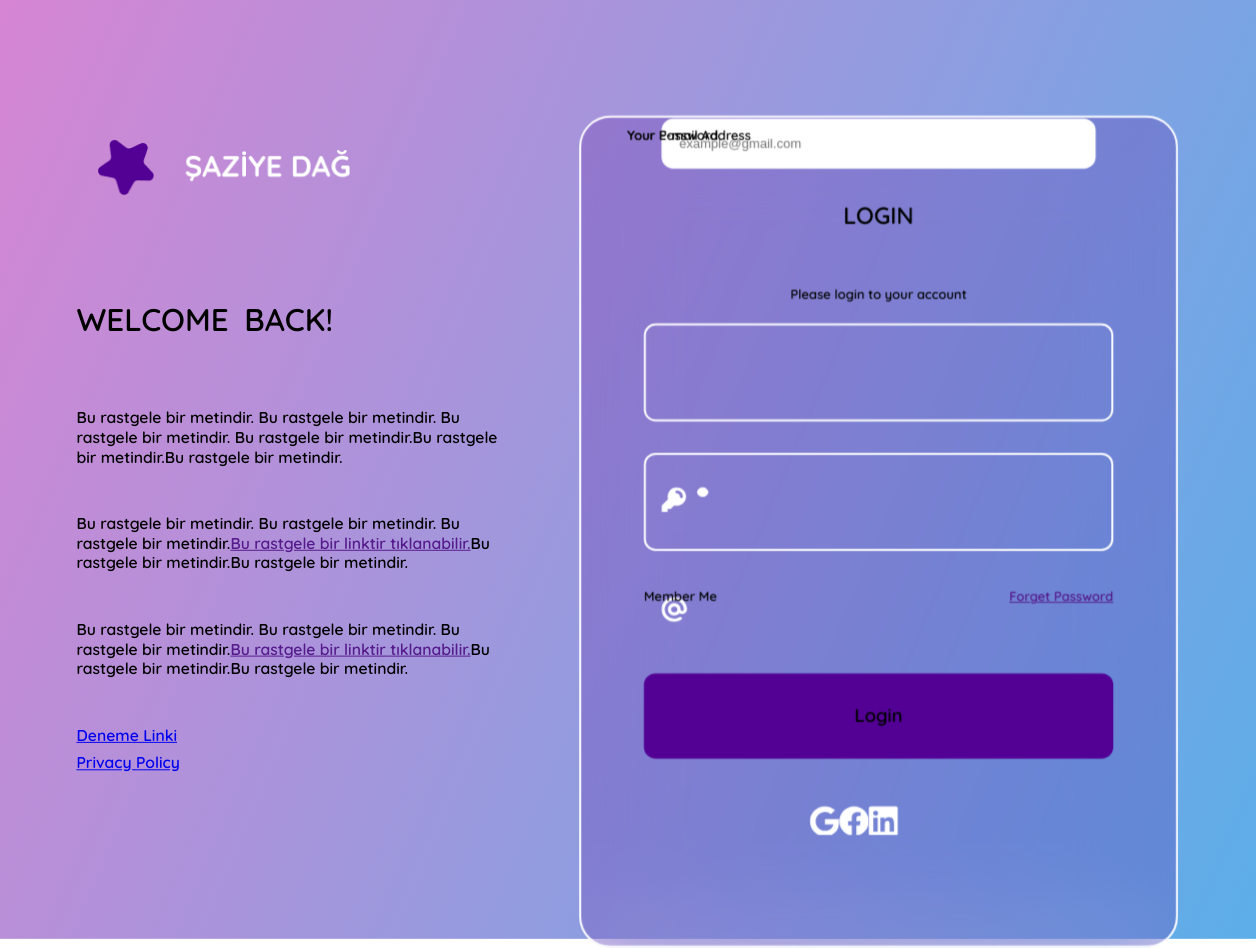
Repository: szydag/login
Page: /
An editor plug-in stored every save of this project. The page is shown before and after the next save, followed by the edit.
The browser window is 1280 px wide. The page is 1282 px wide, so the pictures cover 1282 px, including what lies to the right of the window. The pictures show the whole page, at 98% of full size.
The project was rebuilt for these pictures with package versions that can differ from the ones it lists, and the page was loaded fresh each time. Also part of the build but not shown: src/assets/svgr/unhiddenIcon/index.js.

Above is the page before, as saved 2023-10-29 20:18:19.

After the next save:
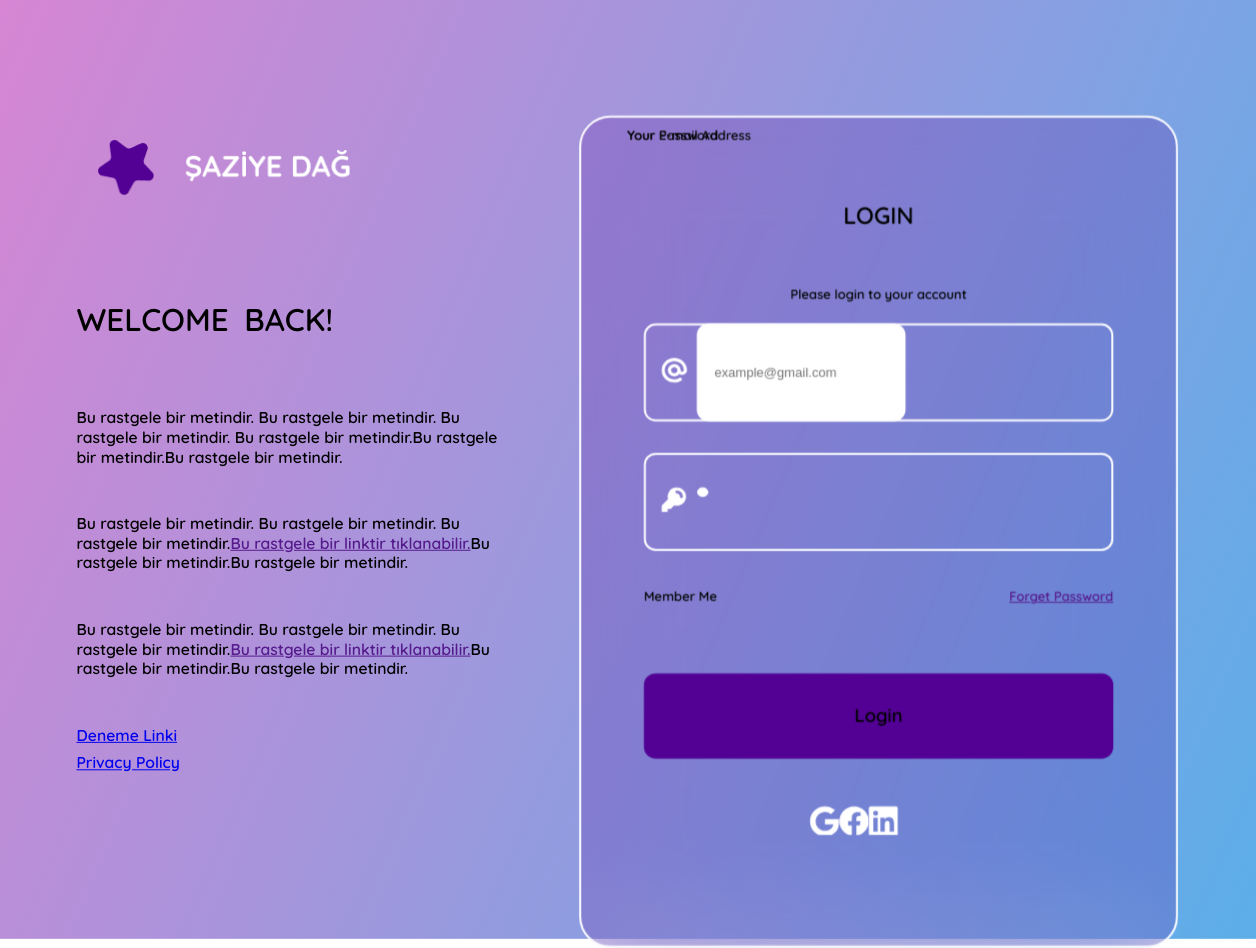
Saved 46 s later.
--- a/src/app/pages/login/index.js
+++ b/src/app/pages/login/index.js
@@ -99,16 +99,7 @@ const LoginPage = () => {
                         <div
                             className={classes.mailInput}
                         >
-                            <div
-                                className={classes.inputTitle}
-                            >
-                                <h5>Your E-mail  Address</h5>
-                            </div>
-                            <input
-                                className={classes.mailInput}
-                                type="text"
-                                placeholder='example@gmail.com'
-                            />
+
                             <div
                                 className={classes.content}
                             >
@@ -116,7 +107,16 @@ const LoginPage = () => {
                                     color='#ffffff'
                                     size={30}
                                 ></MailIcon>
-
+                                <div
+                                    className={classes.inputTitle}
+                                >
+                                    <h5>Your E-mail  Address</h5>
+                                </div>
+                                <input
+                                    className={classes.mailInput}
+                                    type="text"
+                                    placeholder='example@gmail.com'
+                                />
                             </div>
 
                         </div>
